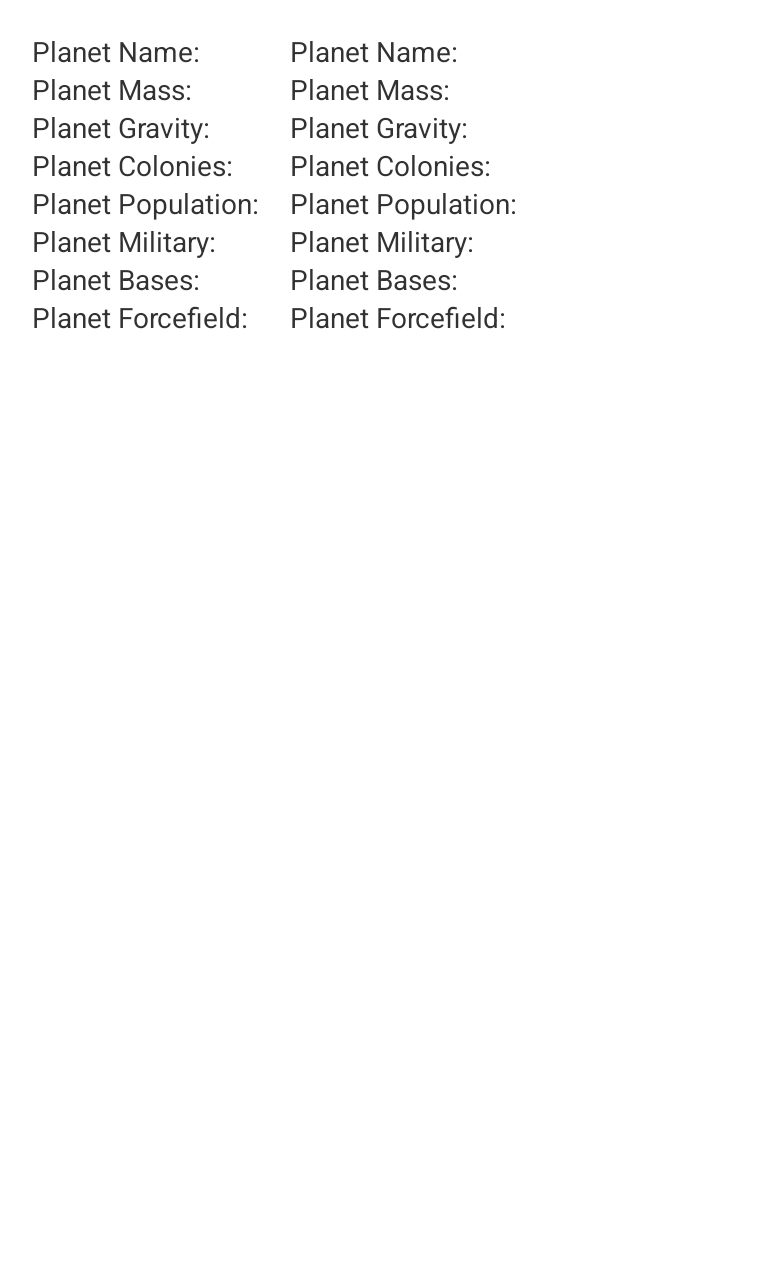
Repository: blender-head/android_basic
Layout: Hello_World/res/layout/activity_main.xml
The author's editor kept a copy of each file at every save. The layout is drawn from the files as they stood at one save, then again after the next save.
It is drawn on a 768 x 1280 px phone screen (xhdpi) without system bars, with theme AppTheme; the app's code is not run. The app's manifest (not shown) leaves right-to-left support off. So textAlignment, textDirection and layoutDirection are ignored, and left and right values win over start and end ones.

Above is the layout before, as saved 2013-12-31 15:52:43.

### Hello_World/res/layout/activity_main.xml
<RelativeLayout xmlns:android="http://schemas.android.com/apk/res/android"
    xmlns:tools="http://schemas.android.com/tools"
    android:layout_width="match_parent"
    android:layout_height="match_parent"
    android:paddingBottom="@dimen/activity_vertical_margin"
    android:paddingLeft="@dimen/activity_horizontal_margin"
    android:paddingRight="@dimen/activity_horizontal_margin"
    android:paddingTop="@dimen/activity_vertical_margin"
    tools:context=".MainActivity" >

    <!-- Planet Name label -->
	<TextView
        android:id="@+id/textView1"
        android:layout_width="wrap_content"
        android:layout_height="wrap_content"
        android:text="@string/planet_name_label" />

	<!-- Planet Name data -->
	<TextView
        android:id="@+id/dataView1"
        android:layout_toRightOf="@+id/textView1"
        android:layout_marginLeft="45dip"
        android:layout_width="wrap_content"
        android:layout_height="wrap_content"
        android:text="@string/planet_name_label" />

	<!-- Planet Mass label -->
	<TextView
        android:id="@+id/textView2"
        android:layout_below="@+id/textView1"
        android:layout_width="wrap_content"
        android:layout_height="wrap_content"
        android:text="@string/planet_mass_label" />

	<!-- Planet Mass data -->
	<TextView
        android:id="@+id/dataView2"
        android:layout_toRightOf="@+id/textView2"
        android:layout_alignStart="@+id/dataView1"
        android:layout_below="@+id/dataView1"
        android:layout_width="wrap_content"
        android:layout_height="wrap_content"
        android:text="@string/planet_mass_label" />

	<!-- Planet Gravity label -->
	<TextView
        android:id="@+id/textView3"
        android:layout_below="@+id/textView2"
        android:layout_width="wrap_content"
        android:layout_height="wrap_content"
        android:text="@string/planet_gravity_label" />

	<!-- Planet Gravity data -->
	<TextView
        android:id="@+id/dataView3"
        android:layout_toRightOf="@+id/textView3"
        android:layout_alignStart="@+id/dataView2"
        android:layout_below="@+id/dataView2"
        android:layout_width="wrap_content"
        android:layout_height="wrap_content"
        android:text="@string/planet_gravity_label" />

	<!-- Planet Colonies label -->
	<TextView
        android:id="@+id/textView4"
        android:layout_below="@+id/textView3"
        android:layout_width="wrap_content"
        android:layout_height="wrap_content"
        android:text="@string/planet_colonies_label" />

	<!-- Planet Colonies data -->
	<TextView
        android:id="@+id/dataView4"
        android:layout_toRightOf="@+id/textView4"
        android:layout_alignStart="@+id/dataView3"
        android:layout_below="@+id/dataView3"
        android:layout_width="wrap_content"
        android:layout_height="wrap_content"
        android:text="@string/planet_colonies_label" />

	<!-- Planet Poulation label -->
	<TextView
        android:id="@+id/textView5"
        android:layout_below="@+id/textView4"
        android:layout_width="wrap_content"
        android:layout_height="wrap_content"
        android:text="@string/planet_population_label" />

	<!-- Planet Poulation data -->
	<TextView
        android:id="@+id/dataView5"
        android:layout_toRightOf="@+id/textView5"
        android:layout_alignStart="@+id/dataView4"
        android:layout_below="@+id/dataView4"
        android:layout_width="wrap_content"
        android:layout_height="wrap_content"
        android:text="@string/planet_population_label" />

	<!-- Planet Military label -->
	<TextView
        android:id="@+id/textView6"
        android:layout_below="@+id/textView5"
        android:layout_width="wrap_content"
        android:layout_height="wrap_content"
        android:text="@string/planet_military_label" />

	<!-- Planet Military data -->
	<TextView
        android:id="@+id/dataView6"
        android:layout_toRightOf="@+id/textView6"
        android:layout_alignStart="@+id/dataView5"
        android:layout_below="@+id/dataView5"
        android:layout_width="wrap_content"
        android:layout_height="wrap_content"
        android:text="@string/planet_military_label" />

	<!-- Planet Base label -->
	<TextView
        android:id="@+id/textView7"
        android:layout_below="@+id/textView6"
        android:layout_width="wrap_content"
        android:layout_height="wrap_content"
        android:text="@string/planet_bases_label" />

	<!-- Planet Base data -->
	<TextView
        android:id="@+id/dataView7"
        android:layout_toRightOf="@+id/textView7"
        android:layout_alignStart="@+id/dataView6"
        android:layout_below="@+id/dataView6"
        android:layout_width="wrap_content"
        android:layout_height="wrap_content"
        android:text="@string/planet_bases_label" />

	<!-- Planet Force Field label -->
	<TextView
        android:id="@+id/textView8"
        android:layout_below="@+id/textView7"
        android:layout_width="wrap_content"
        android:layout_height="wrap_content"
        android:text="@string/planet_forcefield_label" />

	<!-- Planet Force Field data -->
	<TextView
        android:id="@+id/dataView8"
        android:layout_toRightOf="@+id/textView8"
        android:layout_alignStart="@+id/dataView7"
        android:layout_below="@+id/dataView7"
        android:layout_width="wrap_content"
        android:layout_height="wrap_content"
        android:text="@string/planet_forcefield_label" />

</RelativeLayout>

### Hello_World/res/values/strings.xml
<?xml version="1.0" encoding="utf-8"?>
<resources>

    <string name="app_name">Hello_World</string>
    <string name="action_settings">Settings</string>
    <string name="hello_world">Hello world!</string>

    <string name="planet_name_label">Planet Name: </string>
	<string name="planet_mass_label">Planet Mass: </string>
	<string name="planet_gravity_label">Planet Gravity: </string>
	<string name="planet_colonies_label">Planet Colonies: </string>
	<string name="planet_population_label">Planet Population: </string>
	<string name="planet_military_label">Planet Military: </string>
	<string name="planet_bases_label">Planet Bases: </string>
	<string name="planet_forcefield_label">Planet Forcefield: </string>

</resources>

Loaded but not shown: Hello_World/res/values/styles.xml (common file); Hello_World/res/values-v11/styles.xml (common file); Hello_World/res/values-v14/styles.xml (common file); Hello_World/res/values/dimens.xml (common file)

After the next save:
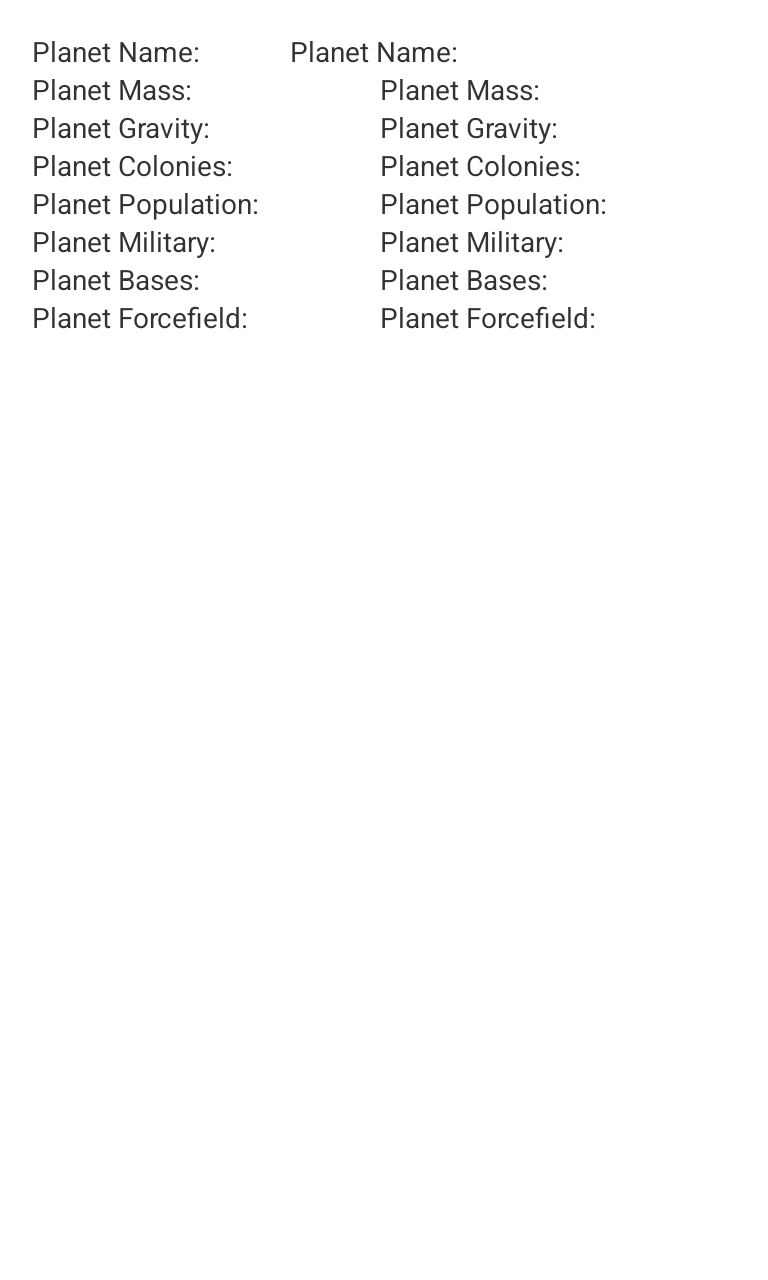
Saved 5 min 3 s later.
--- a/Hello_World/res/layout/activity_main.xml
+++ b/Hello_World/res/layout/activity_main.xml
@@ -40,6 +40,7 @@
         android:layout_below="@+id/dataView1"
         android:layout_width="wrap_content"
         android:layout_height="wrap_content"
+        android:layout_marginLeft="45dip"
         android:text="@string/planet_mass_label" />
 
 	<!-- Planet Gravity label -->
